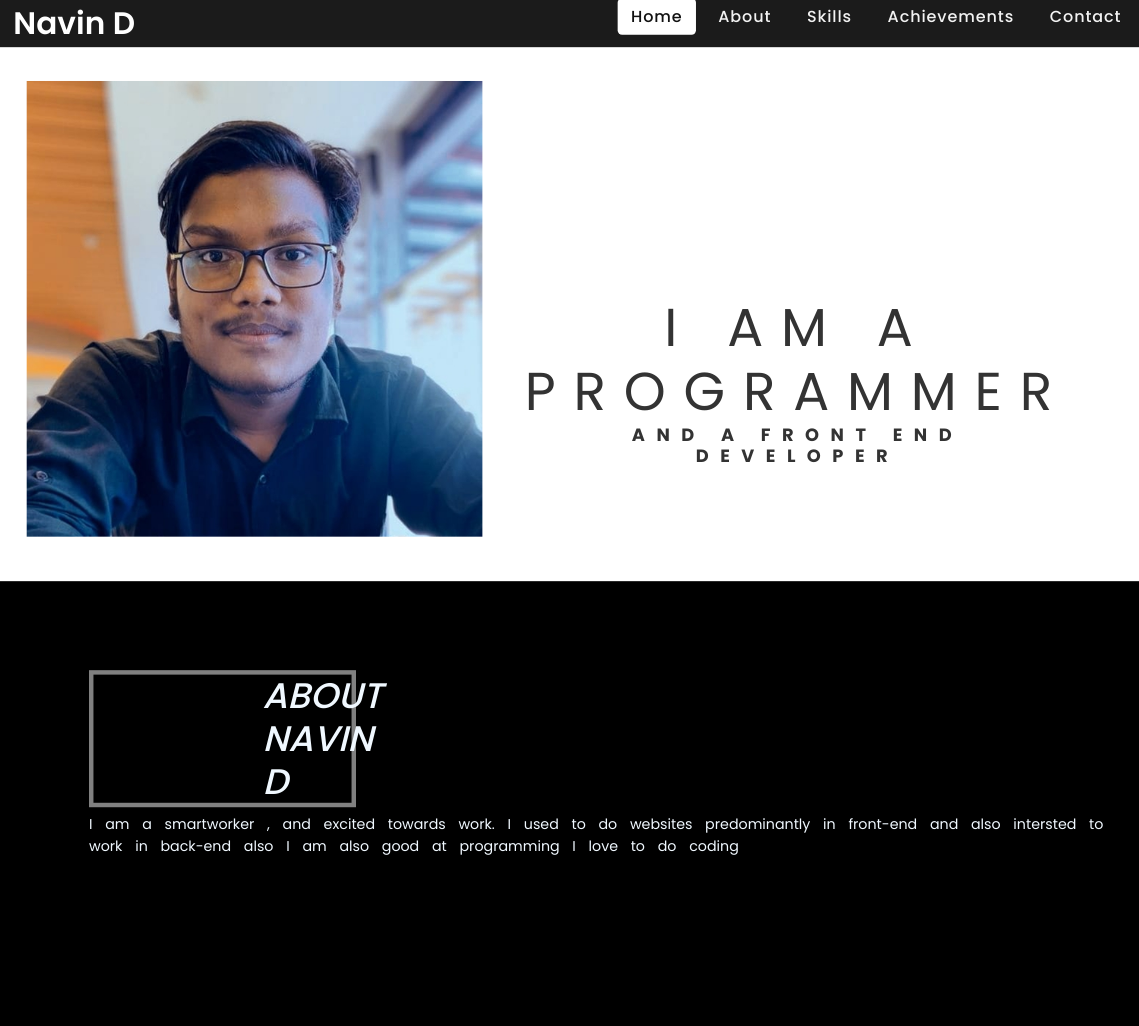
Repository: NavinDayanithi/OIBSIP
Page: Portfolio/index.html
These files come from the project's save history. The page is drawn as it stood at one moment and after the next save; the edit follows.
The browser window is 1280 px wide. The pictures show the whole page, at 89% of full size.

Above is the page before, as saved 2023-02-20 19:09:39.
Console error: TypeError: Cannot read properties of undefined (reading 'fn')

### Portfolio/index.html
<!DOCTYPE html>
<!-- Created By CodingNepal -->
<html lang="en" dir="ltr">
   <head>

      <meta charset="utf-8">
      <title>Navin's Portfolio</title>
      <script src="https://cdnjs.cloudflare.com/ajax/libs/OwlCarousel2/2.3.4/owl.carousel.min.js"></script>
      <script type="text/javascript" src="script.js"></script>
      <link rel="stylesheet" href="style.css">
      <link rel="stylesheet" href="https://cdnjs.cloudflare.com/ajax/libs/font-awesome/5.15.3/css/all.min.css"/>
      <meta name="viewport" content="width=device-width, initial-scale=1.0">
      <link href="https://cdn.jsdelivr.net/npm/bootstrap@5.3.0-alpha1/dist/css/bootstrap.min.css" rel="stylesheet" integrity="sha384-GLhlTQ8iRABdZLl6O3oVMWSktQOp6b7In1Zl3/Jr59b6EGGoI1aFkw7cmDA6j6gD" crossorigin="anonymous">
   </head>
   <body>
      <nav>
         <div class="logo">
            Navin D
         </div>
         <input type="checkbox" id="click">
         <label for="click" class="menu-btn">
         <i class="fas fa-bars"></i>
         </label>
         <ul>
            <li><a class="active" href="#">Home</a></li>
            <li><a href="#about">About</a></li>
            <li><a href="#skills">Skills</a></li>
            <li><a href="#">Achievements</a></li>
            <li><a href="#">Contact</a></li>
         </ul>
      </nav>
      <div >
        <img src="navinppimg.jpeg"  class="img1" alt="navinimg">
      </div>
      <div class="text-box">
        <h1 class="heading-primary">
         <span class="heading-primary-main">I am a Programmer</span>
          <span class="heading-primary-sub">and a front end developer</span>
         </h1>
   </div>
   <section class="about" id="about">
      <!-- <img class="about-img" src="https://embetronicx.com/wp-content/uploads/2017/08/background.jpg"  class="img1" alt="navinimg"> -->
      <div class="about-text">
         <h1> <i>ABOUT NAVIN D</i></h1>
         <p>  I am a smartworker , and excited towards work.
             I used to do websites predominantly in front-end
             and also intersted to work in back-end also
             I am also good at programming
             I love to do coding<br/>
      </p>
      </div>

    </body>
</section>
       </body>
</html>

### Portfolio/style.css
@import url('https://fonts.googleapis.com/css?family=Poppins:400,500,600,700&display=swap');
*{
  margin: 0;
  padding: 0;
  box-sizing: border-box;
  font-family: 'Poppins', sans-serif;
}
nav{
  display: flex;
  height: 100%;
  width: 100%;
  background: #1b1b1b;
  align-items: center;
  justify-content: space-between;
  /* padding: 0 50px 0 50px; */
  /* flex-wrap: wrap; */
}
nav .logo{
  color: #fff;
  font-size: 35px;
  font-weight: 600;
  margin-left: 15px;
}
nav ul{
  display: flex;
  flex-wrap: wrap;
  list-style: none;
}
nav ul li{
  margin: 0 5px;
}
nav ul li a{
  color: #f2f2f2;
  text-decoration: none;
  font-size: 18px;
  font-weight: 500;
  padding: 8px 15px;
  border-radius: 5px;
  letter-spacing: 1px;
  transition: all 0.3s ease;
}
nav ul li a.active,
nav ul li a:hover{
  color: #111;
  background: #fff;
}
nav .menu-btn i{
  color: #fff;
  font-size: 22px;
  cursor: pointer;
  display: none;
}
input[type="checkbox"]{
  display: none;
}
@media (max-width: 1000px){
  nav{
    padding: 0 40px 0 50px;
  }
}
@media (max-width: 920px) {
  nav .menu-btn i{
    display: block;
  }
  #click:checked ~ .menu-btn i:before{
    content: "\f00d";
  }
  nav ul{
    position: fixed;
    top: 80px;
    left: -100%;
    background: #111;
    height: 100vh;
    width: 100%;
    text-align: center;
    display: block;
    transition: all 0.3s ease;
  }
  #click:checked ~ ul{
    left: 0;
  }
  nav ul li{
    width: 100%;
    margin: 40px 0;
  }
  nav ul li a{
    width: 100%;
    margin-left: -100%;
    display: block;
    font-size: 20px;
    transition: 0.6s cubic-bezier(0.68, -0.55, 0.265, 1.55);
  }
  #click:checked ~ ul li a{
    margin-left: 0px;
  }
  nav ul li a.active,
  nav ul li a:hover{
    background: none;
    color: cyan;
  }
}
.content{
  position: absolute;
  top: 50%;
  left: 50%;
  transform: translate(-50%, -50%);
  text-align: center;
  z-index: -1;
  width: 100%;
  padding: 0 30px;
  color: #1b1b1b;
}
.content div{
  font-size: 40px;
  font-weight: 700;
}

.text-box {
    position: absolute;
    top: 60%;
    left: 70%;
    transform: translate(-50%, -50%);
    text-align:center;
  }

  .heading-primary {
      color:#333;
      text-transform: uppercase;
  }

  .heading-primary-main {
      display: block;
      font-size: 60px;
      font-weight: 400;
      letter-spacing: 20px;
     /*  Animation decalaration   */
      animation-name: moveInleft;
      animation-duration: 3s;
  }

  .heading-primary-sub {
      display: block;
      font-size: 20px;
      font-weight: 700;
      letter-spacing: 12.9px;

      animation-name: moveInRight;
      animation-duration: 3s;
  }

  @keyframes moveInleft {
      0% {
          opacity: 0;
          transform: translateX(-100px);
      }

      80% {
          transform: translateX(10px);
      }
      100% {
          opacity: 1;
          transform: translate(0);
      }
  }

  @keyframes moveInRight {
      0% {
          opacity: 0;
          transform: translateX(100px);
      }

      80% {
          transform: translateX(-10px);
      }

      100% {
          opacity: 1;
          transform: translate(0);
      }

  }
  .img1{
    margin-left: 30px;
     margin-top: 3%;
    display: block;
    height:40%;
    width:40%;


  }
  .a{
    float: left;
    /* display: inline; */
    width: 50%;


  }
  .b{
    /* display: inline; */
    float:right;
    width: 50%;
    margin-left: 50px;


  }
   .about{
    background-color: black;
    height: 500px;
    width: 100%;
    color: aliceblue;
    margin-top: 50px;

  }

 .about-text {
  padding-top: 100px;
   padding-left: 100px;
   word-spacing: 10px;
}
.about-text h1{
   padding-left:190px;
  border:5px solid gray;
  width: 300px;
}

Loaded but not shown: Portfolio/script.js (common file)

After the next save:
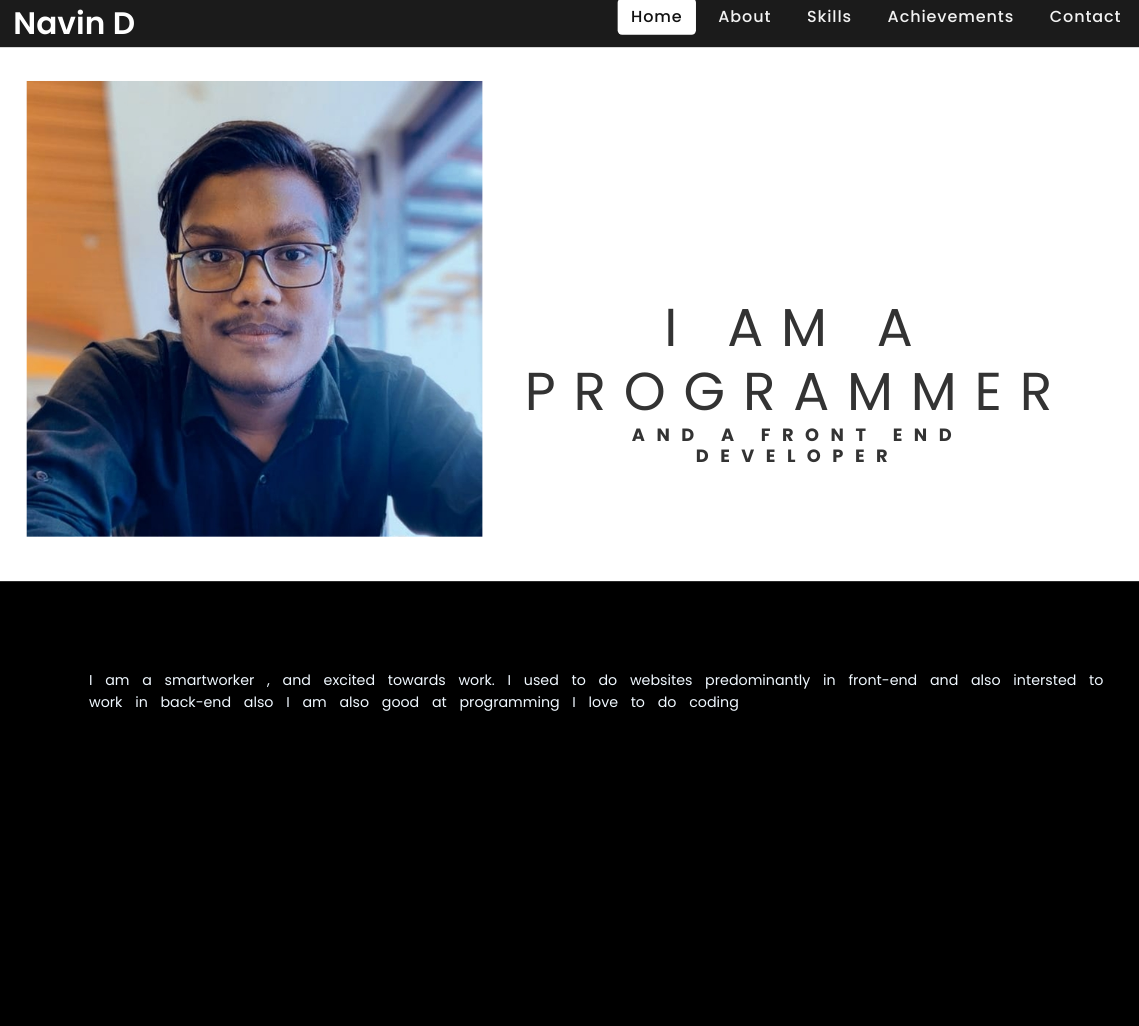
Saved 10 s later.
--- a/Portfolio/index.html
+++ b/Portfolio/index.html
@@ -41,7 +41,7 @@
    <section class="about" id="about">
       <!-- <img class="about-img" src="https://embetronicx.com/wp-content/uploads/2017/08/background.jpg"  class="img1" alt="navinimg"> -->
       <div class="about-text">
-         <h1> <i>ABOUT NAVIN D</i></h1>
+         <!-- <h1> <i>ABOUT NAVIN D</i></h1> -->
          <p>  I am a smartworker , and excited towards work.
              I used to do websites predominantly in front-end
              and also intersted to work in back-end also

After the save that followed:
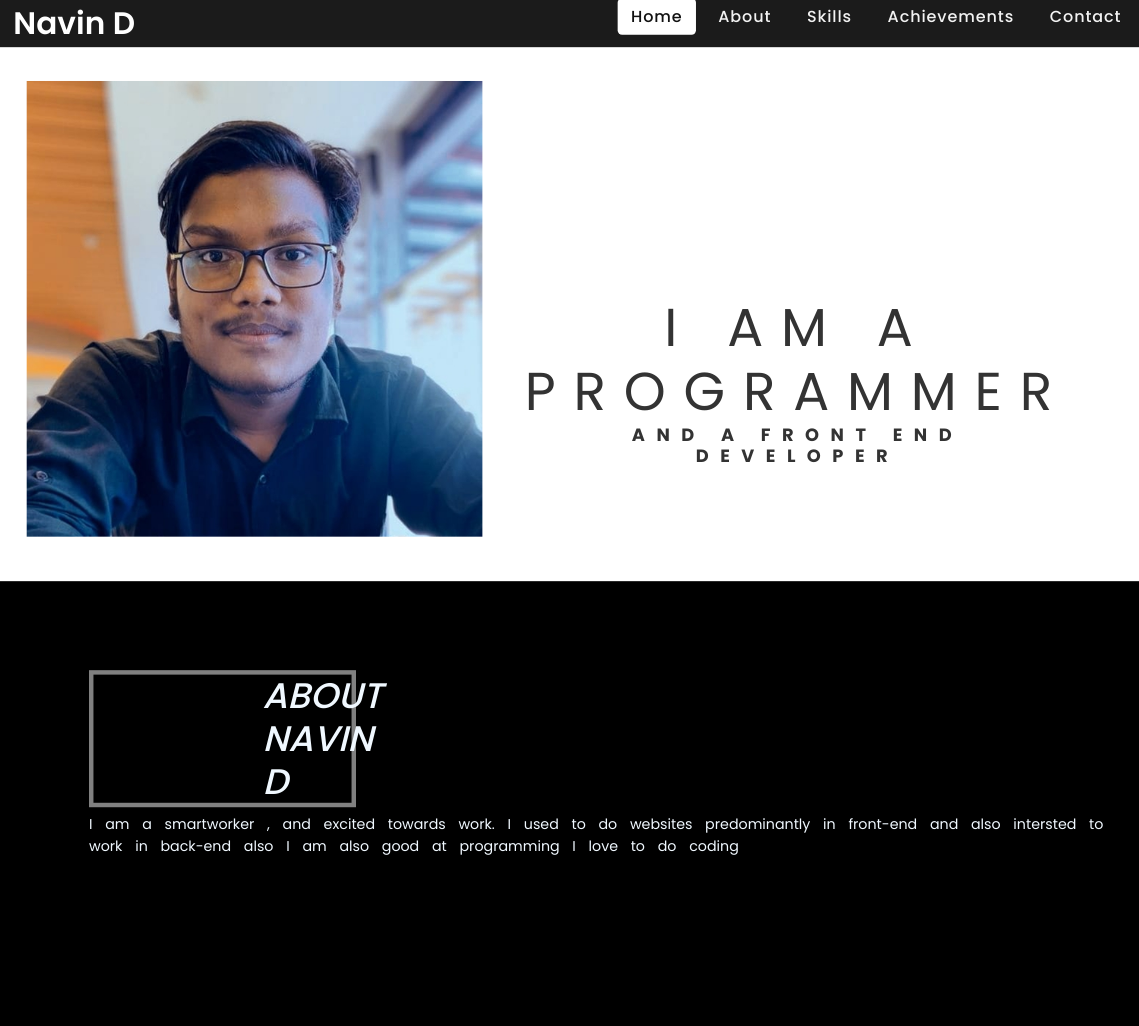
Saved 6 s later.
--- a/Portfolio/index.html
+++ b/Portfolio/index.html
@@ -41,7 +41,7 @@
    <section class="about" id="about">
       <!-- <img class="about-img" src="https://embetronicx.com/wp-content/uploads/2017/08/background.jpg"  class="img1" alt="navinimg"> -->
       <div class="about-text">
-         <!-- <h1> <i>ABOUT NAVIN D</i></h1> -->
+         <h1> <i>ABOUT NAVIN D</i></h1>
          <p>  I am a smartworker , and excited towards work.
              I used to do websites predominantly in front-end
              and also intersted to work in back-end also
